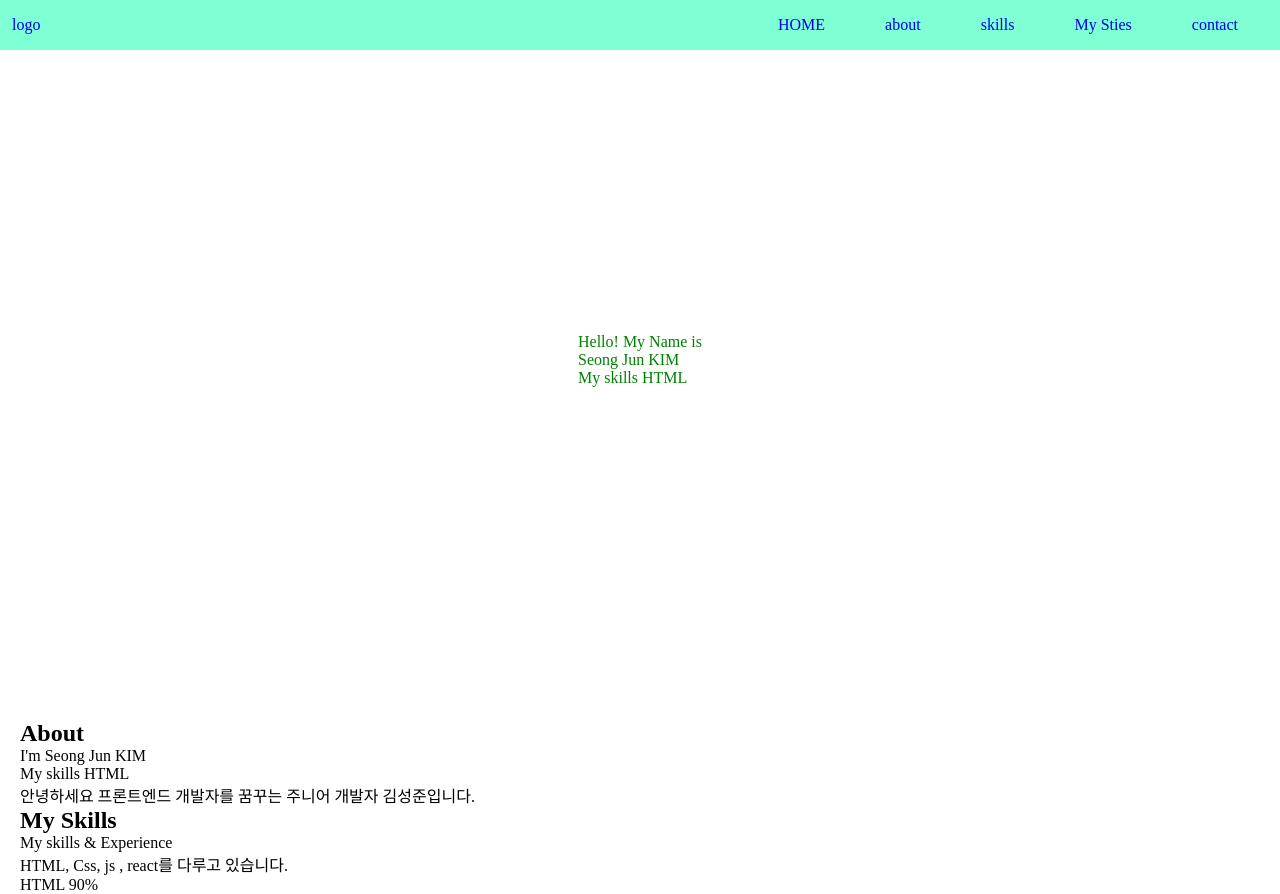
Repository: jun01270/jun
Page: index.html
An editor plug-in stored every save of this project. The page is shown before and after the next save, followed by the edit.
The browser window is 1280 px wide. The pictures show the whole page.

Above is the page before, as saved 2023-05-09 12:48:07.

### index.html
<!DOCTYPE html>
<html lang="en">
  <head>
    <meta charset="UTF-8" />
    <meta http-equiv="X-UA-Compatible" content="IE=edge" />
    <meta name="viewport" content="width=device-width, initial-scale=1.0" />
    <link rel="stylesheet" href="./css/header.css" />
    <link rel="stylesheet" href="./css/home.css" />
    <title>Document</title>
  </head>
  <body>
    <nav class="navbar">
      <div class="logo"><a href="#home">logo</a></div>
      <ul class="menu-bar">
        <li><a href="#home" class="menu-btn" id="homeID">HOME</a></li>
        <li><a href="#about" class="menu-btn" id="homeID">about</a></li>
        <li><a href="#skills" class="menu-btn">skills</a></li>
        <li><a href="#my-sites" class="menu-btn">My Sties</a></li>
        <li><a href="#contact" class="menu-btn">contact</a></li>
      </ul>
    </nav>
    <section class="home" id="home">
      <div class="max-width">
        <div class="home-section">
          <div class="text-1">Hello! My Name is</div>
          <div class="text-1">Seong Jun KIM</div>
          <div class="text-1">My skills <span class="typing1">HTML</span></div>
        </div>
      </div>
    </section>

    <section class="about">
      <div class="max-width">
        <h2 class="title">About</h2>
        <div class="about-content">
          <div class="left-column"></div>
          <div class="right-column">
            <div class="about-text">I'm Seong Jun KIM</div>
            <div class="about-skills">
              My skills <span class="typing2">HTML</span>
            </div>
            <p>
              안녕하세요 프론트엔드 개발자를 꿈꾸는 주니어 개발자 김성준입니다.
            </p>
          </div>
        </div>
      </div>
    </section>

    <section class="skills">
      <div class="max-width">
        <h2 class="title">My Skills</h2>
        <div class="skills-content">
          <div class="left-column">
            <div class="skills-text">
              <div class="sub-title">My skills & Experience</div>
              <p>HTML, Css, js , react를 다루고 있습니다.</p>
            </div>
          </div>
          <div class="rigth-column">
            <div class="bars">
              <div class="bars-content">
                <span>HTML</span>
                <span>90%</span>
              </div>
              <div class="line-html"></div>
            </div>
          </div>
        </div>
      </div>
    </section>

    <section class="my-sites"></section>

    <section class="contact"></section>
  </body>
</html>

### css/header.css
*{
    margin: 0;
    padding: 0;
    box-sizing: border-box;
    text-decoration: none;
}

html{
    scroll-behavior: smooth;
}

.home .about .skills .my-sites .contact{
    padding-top: 86px;
}

.max-width{
    max-width:1300px;
    padding: 0 20px;
    margin:auto;
}

.section{
    padding: 100px 0;
}


.navbar{
    display: flex;
    justify-content: space-between;
    align-items: center;
    background-color: aquamarine;
    padding: 8px 12px;
    position: fixed;
    width: 100%;
    z-index:999;
}

.menu-bar{
    list-style:none;
    display: flex;
    margin: 0;
    padding-left:0;
}

.menu-bar li{
    padding:8px 30px;
}

.menu-bar li:hover{
    background-color: orange;
    border-radius: 3px;
}

@media screen and (max-width: 700px){
    .navbar{
        flex-direction: column;
        align-items: flex-start;
        margin: 0;
    }

    .menu-bar{
        flex-direction: column;
        align-items: center;
        width: 100%;
    }

    .menu-bar li{
        width: 100%;
        text-align: center;
    }
}

### css/home.css
.home{
    display:flex;
    height: 100vh;
    min-height: 500px;
    color: green;
    background-image: "./img/background.png";
}

After the next save:
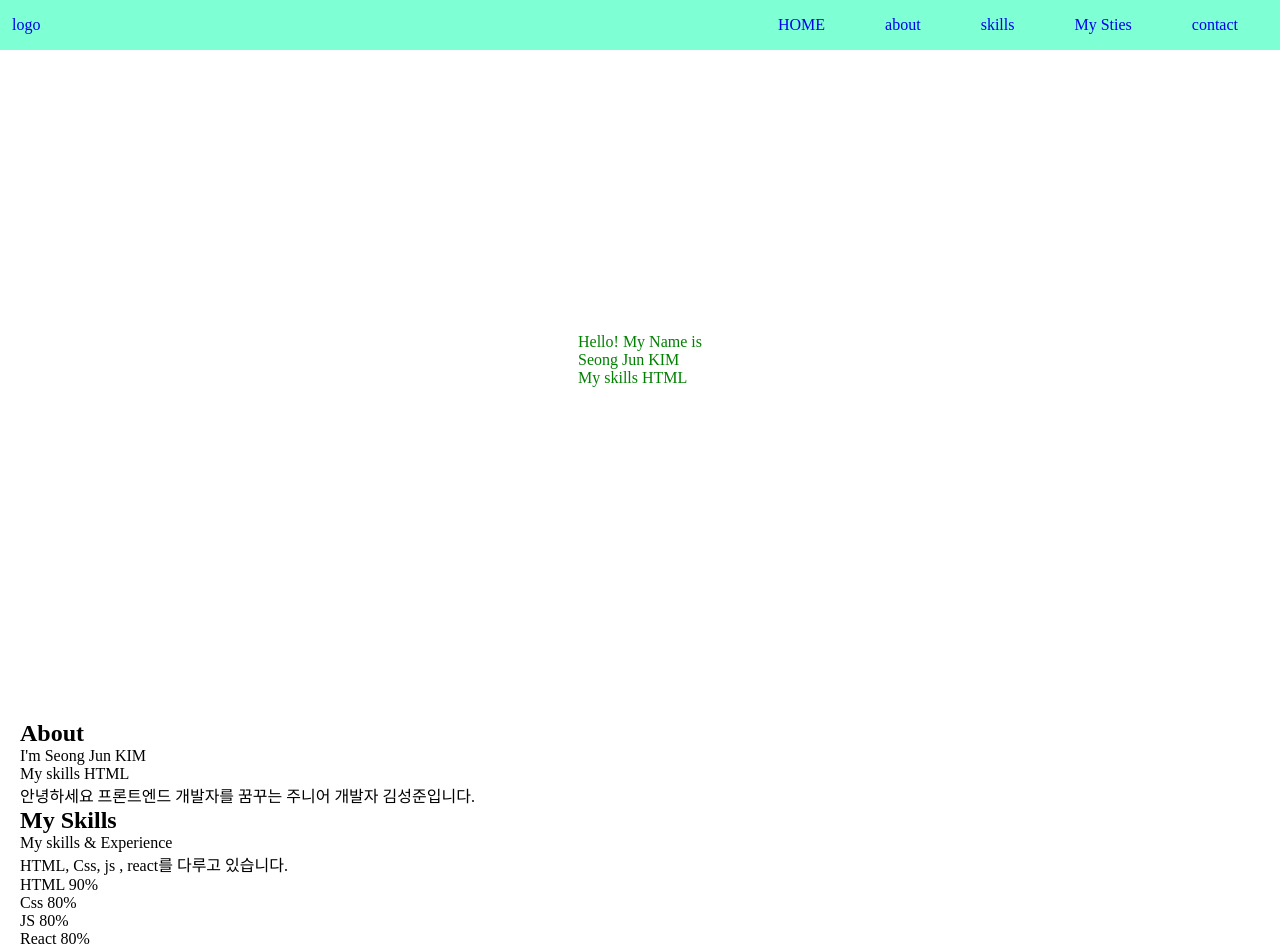
Saved 2 min 4 s later.
--- a/index.html
+++ b/index.html
@@ -65,6 +65,27 @@
               </div>
               <div class="line-html"></div>
             </div>
+            <div class="bars">
+              <div class="bars-content">
+                <span>Css</span>
+                <span>80%</span>
+              </div>
+              <div class="line-css"></div>
+            </div>
+            <div class="bars">
+              <div class="bars-content">
+                <span>JS</span>
+                <span>80%</span>
+              </div>
+              <div class="line-js"></div>
+            </div>
+            <div class="bars">
+              <div class="bars-content">
+                <span>React</span>
+                <span>80%</span>
+              </div>
+              <div class="line-react"></div>
+            </div>
           </div>
         </div>
       </div>
